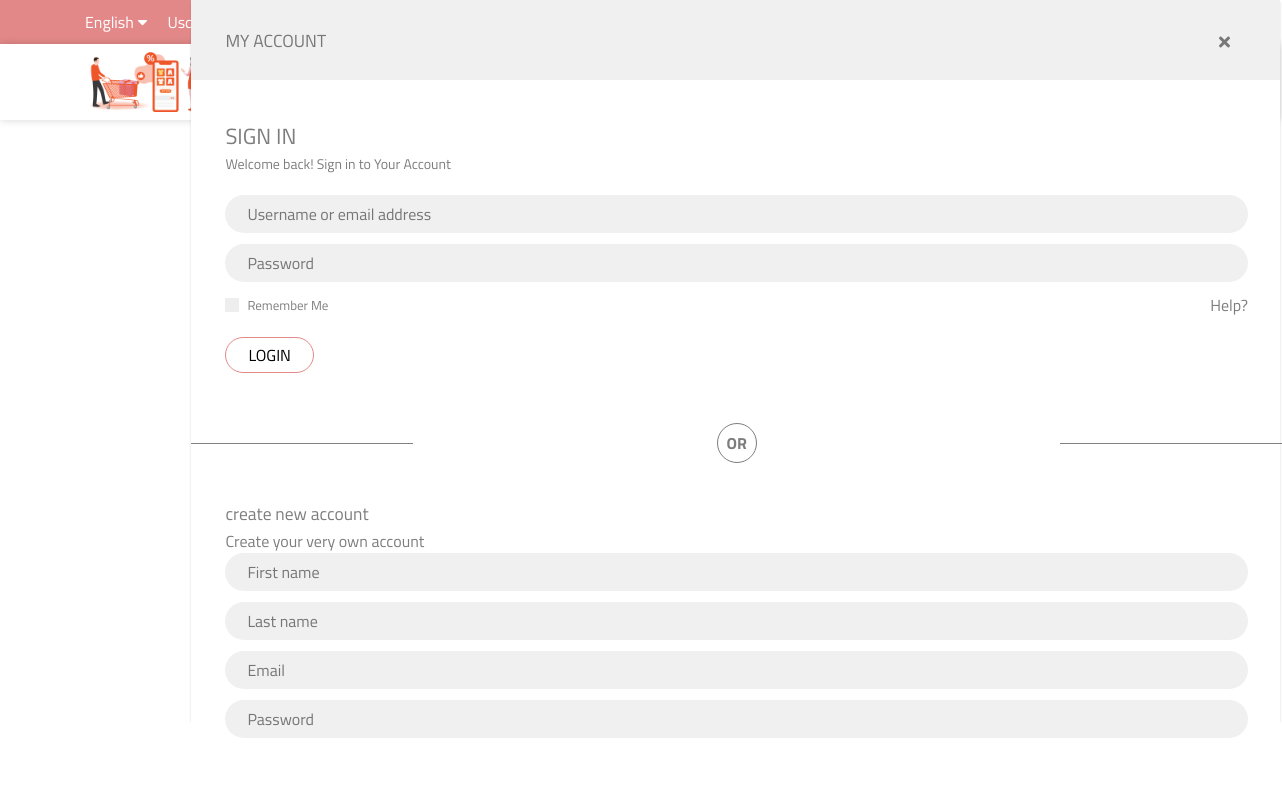
Repository: amrh20/ecommerce-temp
Page: src/index.html
An editor plug-in stored every save of this project. The page is shown before and after the next save, followed by the edit.
The browser window is 1280 px wide. The page is 1282 px wide, so the pictures cover 1282 px, including what lies to the right of the window. The pictures show the whole page.
The style sheet was rebuilt from its Sass, Less or Tailwind sources for each picture, by a compiler version that may differ from the author's.

Above is the page before, as saved 2020-01-19 15:11:26.

After the next save:
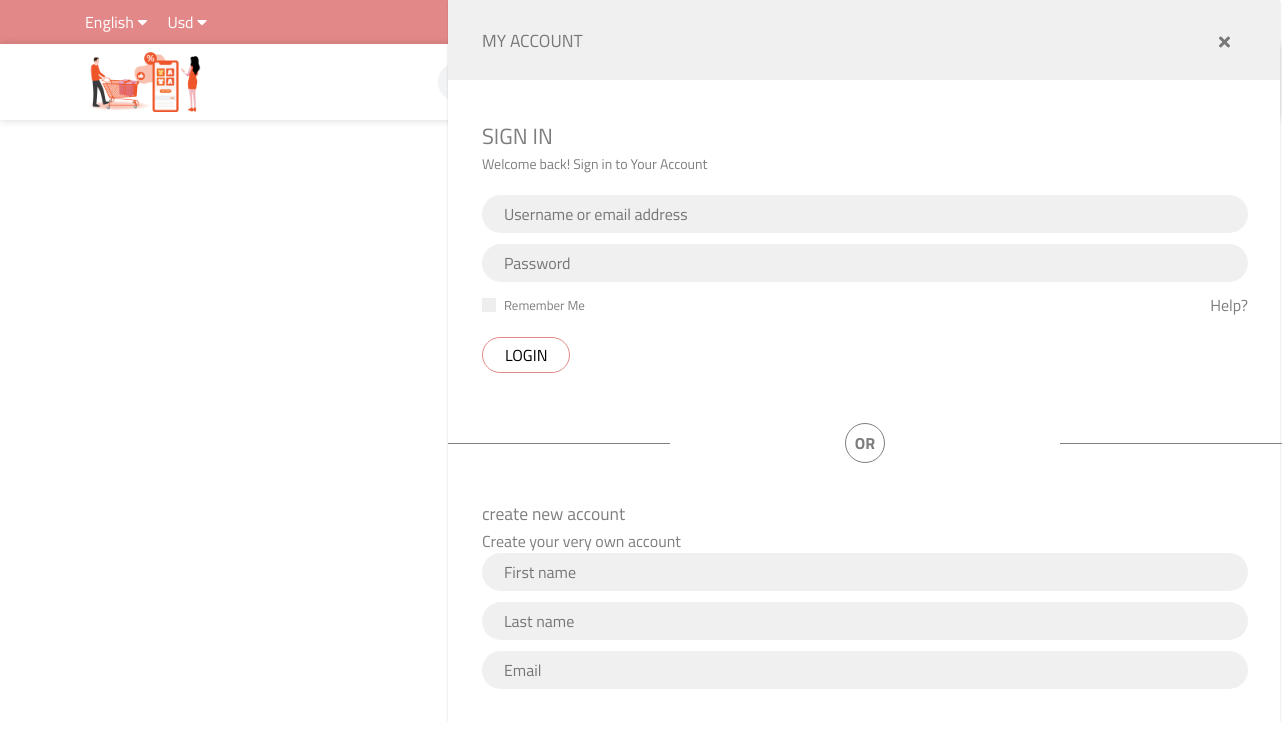
Saved 24 s later.
--- a/src/index.html
+++ b/src/index.html
@@ -307,7 +307,7 @@
                 <input type="text" placeholder="First name">
                 <input type="text" placeholder="Last name">
                 <input type="email" placeholder="Email">
-                <input type="password" placeholder="Password">
+                <!-- <input type="password" placeholder="Password"> -->
               </div>
             </div>
           </div>
